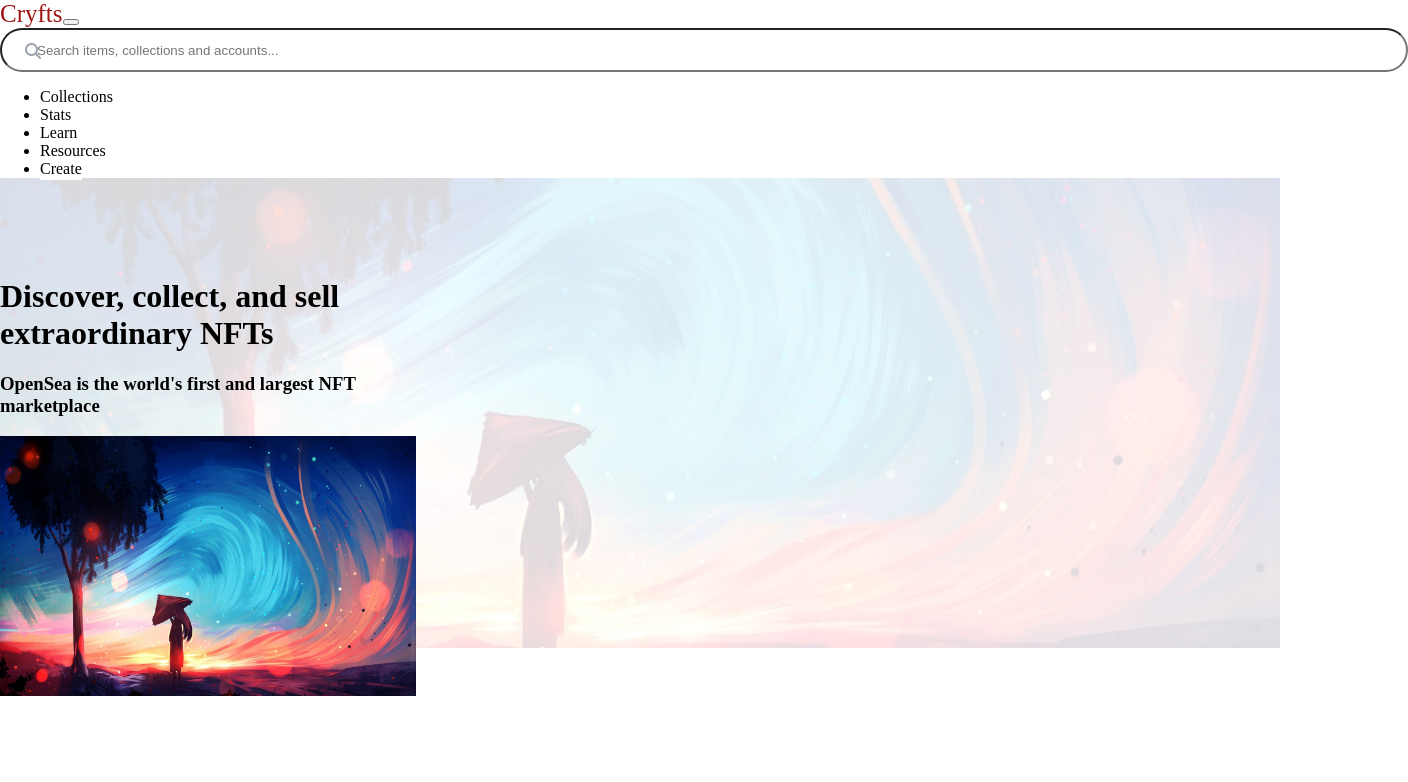
Repository: Huzaifa-2609/opensea_project
Page: /
These files come from the project's save history. The page is drawn as it stood at one moment and after the next save; the edit follows.
The browser window is 1280 px wide. The page is 1408 px wide, so the pictures cover 1408 px, including what lies to the right of the window. The pictures show the whole page.
Some web libraries are served in a nearby version. The project was rebuilt for these pictures with package versions that can differ from the ones it lists, and the page was loaded fresh each time. The framework's server and built-in components were replaced by stand-ins that run in the browser. Also part of the build but not shown: next.config.js, styles/Home.module.css.

Above is the page before, as saved 2022-07-09 18:40:41.

### pages/_app.js
import Navbar from '../components/Navbar'
import '../styles/globals.css'
import Head from "next/head"
import Script from 'next/script'
import "../styles/hero.css"
function MyApp({ Component, pageProps }) {
  return(
    <>
    <Script src="https://kit.fontawesome.com/30bda3e318.js" crossorigin="anonymous"></Script>
    <Script src="https://cdn.jsdelivr.net/npm/bootstrap@5.2.0-beta1/dist/js/bootstrap.bundle.min.js" integrity="sha384-pprn3073KE6tl6bjs2QrFaJGz5/SUsLqktiwsUTF55Jfv3qYSDhgCecCxMW52nD2" crossOrigin="anonymous"></Script>
    <Navbar title={"Cryfts"}/>
  <Component {...pageProps} />
  </>
  )
}

export default MyApp

### pages/_document.js
import { Html, Head, Main, NextScript } from 'next/document'

export default function Document() {
  return (
    <Html>
      <Head>
      <link href="https://cdn.jsdelivr.net/npm/bootstrap@5.2.0-beta1/dist/css/bootstrap.min.css" rel="stylesheet" integrity="sha384-0evHe/X+R7YkIZDRvuzKMRqM+OrBnVFBL6DOitfPri4tjfHxaWutUpFmBp4vmVor" crossOrigin="anonymous"/>
      </Head>
      <body>
        <Main />
        <NextScript />
      </body>
    </Html>
  )
}

### pages/index.js
import Head from 'next/head'
import Image from 'next/image'
import Hero from '../components/Hero'
import styles from '../styles/Home.module.css'

export default function Home() {
  return (
    <>
    <div>
      <Head>
        <title>Create Next App</title>
        <meta name="description" content="Generated by create next app" />
        <link rel="icon" href="/favicon.ico" />
      </Head>
         </div>
      <Hero/>
      </>
  )
}

### components/Navbar.js
import React from 'react'
import Link from 'next/link'
import { useRouter } from 'next/router'
const Navbar = (props) => {
  const location=useRouter();
  return (
    <div>
      <nav className="navbar shadow-sm fixed-top navbar-expand-lg navbar-light">
  <div className="container-fluid">
    <a className="navbar-brand text-color fw-bolder ml-2" href="/">{props.title}</a>
    <button className="navbar-toggler" type="button" data-bs-toggle="collapse" data-bs-target="#navbarSupportedContent" aria-controls="navbarSupportedContent" aria-expanded="false" aria-label="Toggle navigation">
      <span className="navbar-toggler-icon"></span>
    </button>

    <div className="collapse navbar-collapse" style={{width:"50%"}} id="navbarSupportedContent">

            <div className="row height d-flex justify-content-center align-items-center">

                <div className="form">
                  <i className="fa fa-search"></i>
                  <input type="text" className="form-control form-input" placeholder="Search items, collections and accounts..."/>
                </div>

            </div>


      <ul className="navbar-nav gap-4 m-auto mb-2 mb-lg-0 fw-bold" style={location.pathname==="/signup"?{visibility:"hidden"}:{}}>
      <li className="nav-item">
          <Link href="/collections/0x7132e1d414161A232c2027aE6C66D7914649bA66"><a className="nav-link " aria-current="page" >Collections</a></Link>
        </li>
        <li className="nav-item">
          <Link href="/"><a className="nav-link" aria-current="page" >Stats</a></Link>
        </li>
        <li className="nav-item">
          <Link href="/"><a className="nav-link " >Learn</a></Link>
        </li>

        <li className="nav-item dropdown">
          <Link href="/"><a className="nav-link dropdown-toggle pe-none"  id="navbarDropdown" role="button" data-bs-toggle="dropdown" aria-expanded="false">
            Resources
          </a></Link>
          <ul className="dropdown-menu" aria-labelledby="navbarDropdown">
            <li><Link href="/"><a className="dropdown-item" >Action</a></Link></li>
            <li><Link href="/"><a className="dropdown-item" >Another action</a></Link></li>
            <li><hr className="dropdown-divider"/></li>
            <li><Link href="/"><a className="dropdown-item" >Something else here</a></Link></li>
          </ul>
        </li>
        <li className="nav-item">
          <Link  href="/"><a className="nav-link">Create</a></Link>
        </li>
      </ul >
      {/* <form className="d-flex" role="search">
        <ul className="navbar-nav gap-3 media" style={location.pathname==="/signup"?{display:"none"}:{}}>
      <li className="nav-item float-right">
          <Link href="/login"><a className="nav-link"  >Sign in</a></Link>
    </li>
      <li className="nav-item mx-2">
    <Link href='/signup'><a className="btn btn1 btn-primary bd-color bg-color"  style={location.pathname==="/signup"?{display:"none"}:{}} type="submit">Get Started</a></Link>
    </li>
        </ul>
      </form> */}
    </div>
  </div>
</nav>
    </div>
  )
}

export default Navbar

### styles/globals.css
:root {
  --light: #9f1313;
  --dark: #8d1212;
}
html,
body {
  padding: 0;
  margin: 0;
  /* font-family: -apple-system, BlinkMacSystemFont, Segoe UI, Roboto, Oxygen,
    Ubuntu, Cantarell, Fira Sans, Droid Sans, Helvetica Neue, sans-serif; */
}

a {
  color: inherit;
  text-decoration: none;
}

* {
  box-sizing: border-box;
}
@media all and (min-width: 992px) {
  .navbar .nav-item .dropdown-menu{ display: none; }
  .navbar .nav-item .nav-link{ border-bottom:3px solid white;  }
  .navbar .nav-item:hover .nav-link{ border-bottom:3px solid var(--light);  }
  .navbar .nav-item:hover .dropdown-menu{ display: block; }
  .navbar .nav-item .dropdown-menu{ margin-top:0; }


}
@media all and (max-width: 992px){
  .pic{display: none;}
  .signup-cls{   margin-top: 15% !important;}
  .signin-cls .card{border:none; box-shadow: none !important;}
  .media{display: none;}
  .empass{flex-direction: column ;}
}

nav {
  /* border-bottom:1px solid #ede4e4; */
  background-color: white;
}
.comp1{
  width: 22rem;
  border: none;

}
.comp{
  margin: 90px 0px;
}
.text-color{
  color: var(--dark);
}
.bg-color{
  background-color: var(--dark);
}
.btn1:hover{
  background-color: var(--light);
  border-color: var(--dark);

}
.bd-color{
  border-color: var(--dark);
}
.navbar-light .navbar-brand{
  color: var(--dark);
}
.navbar-light .navbar-brand:hover{
  color: var(--light);
}
.navbar-brand{
  font-size: 25px;
}
.link-hover :hover{
  color: var(--dark);
}
.form-check-label-color{
  color: var(--dark);
}
.form-outline{
  width: 75%!important;
}
.form-control:focus {
  border-color: #ced4da;
  box-shadow: none!important;
}

/* Navbar search css */
.form{
  position: relative;

}

.form .fa-search{

  position: absolute;
  top:15px;
  left: 25px;
  color: #9ca3af;

}

.form span{

  position: absolute;
  right: 17px;
  top: 13px;
  padding: 2px;
  border-left: 1px solid #d1d5db;

}

.left-pan{
  padding-left: 7px;
}

.left-pan i{

 padding-left: 10px;
}

.form-input{
  width: 220%;
  height: 44px;
  text-indent: 33px;
  border-radius: 40px;
}

.form-input:focus{

  box-shadow: none;
  border:none;
}

### styles/hero.css
/* .body{
} */
/* .bg{
    background: url("../public/nftbg.jpg") no-repeat center center/cover;
} */
.bg::before{
    content: "";
    background:url("../public/nftbg.jpg") no-repeat center center/cover;
    position: absolute;
    height:90%;
    width:100%;
    z-index: -1;
    opacity: 0.15;
    top: 0px;
    left: 0px;
}

### components/Hero.js
import React from "react";
import Image from "next/image";
import img from "../public/nftbg.jpg";

const Hero = () => {
  const style = {
    background: img,
    marginTop: "100px",
    height:"70vh"
  };
  return (
    <>
      <div className="container d-flex justify-content-between bg align-items-center " style={style}>
        <div className="card mb-3 border-0 bg-transparent" style={{ width: "26rem"}}>
          <div className="card-body">
            <h1 className="card-title">Discover, collect, and sell extraordinary NFTs</h1>
            <h3 className="card-subtitle text-muted mt-3">
            OpenSea is the world's first and largest NFT marketplace
            </h3>
          </div>
        </div>
        <div className="card mb-3 border-0 " style={{ width: "26rem"}}>
          <Image src={img} className="card-img-top" alt="..."/>
          {/* <div className="card-body">
            <h1 className="card-title">Discover, collect, and sell extraordinary NFTs</h1>
            <h3 className="card-subtitle text-muted mt-3">
            OpenSea is the world's first and largest NFT marketplace
            </h3>
          </div> */}
        </div>
      </div>
    </>
  );
};

export default Hero;

After the next save:
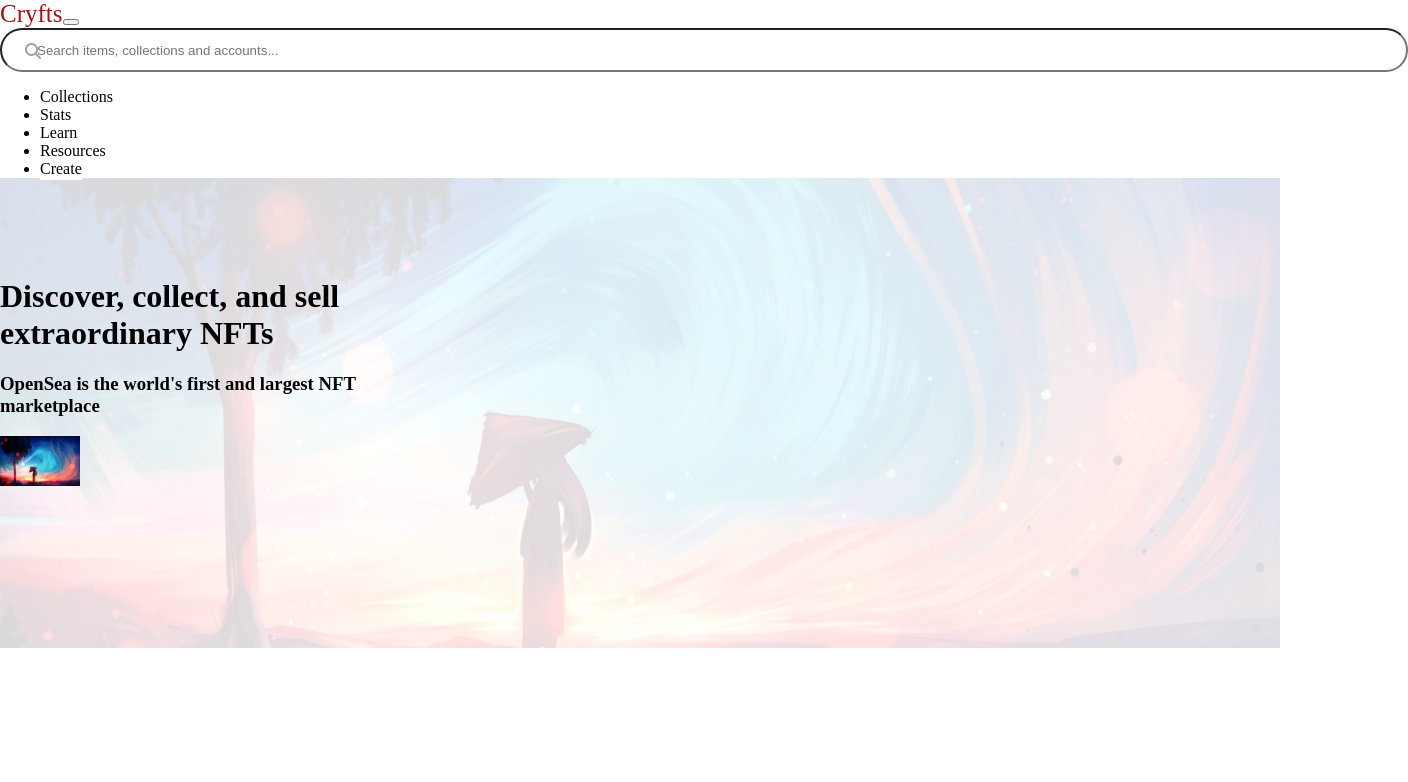
Saved 31 s later.
--- a/components/Hero.js
+++ b/components/Hero.js
@@ -20,7 +20,7 @@ const Hero = () => {
           </div>
         </div>
         <div className="card mb-3 border-0 " style={{ width: "26rem"}}>
-          <Image src={img} className="card-img-top" alt="..."/>
+          <Image src={img} height={50} className="card-img-top" alt="..."/>
           {/* <div className="card-body">
             <h1 className="card-title">Discover, collect, and sell extraordinary NFTs</h1>
             <h3 className="card-subtitle text-muted mt-3">
